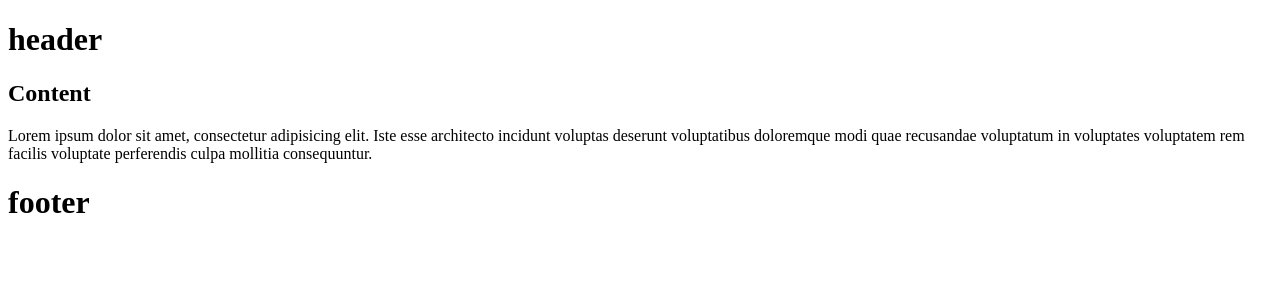
Repository: kianpas/KH_Server
Page: http://localhost/01_helloweb/jsp/include.jsp
An editor plug-in stored every save of this project. The page is shown before and after the next save, followed by the edit.
The browser window is 1280 px wide. The pictures show the whole page.
The page is served by Tomcat 9.

Above is the page before, as saved 2021-03-24 12:28:22.

After the next save:
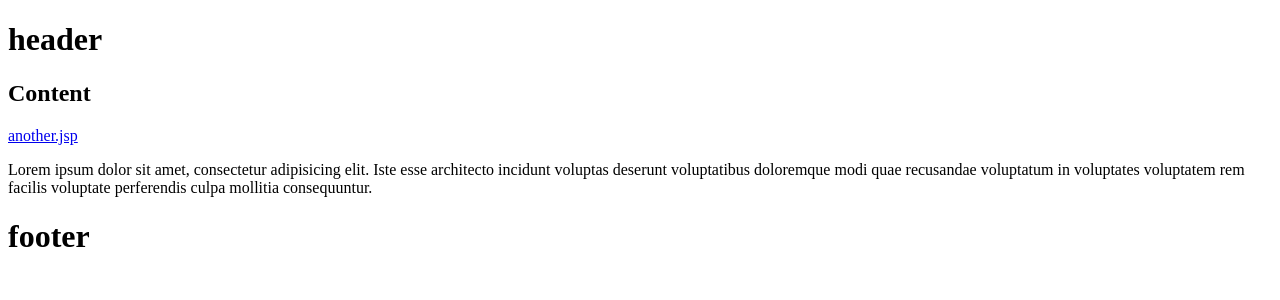
Saved 18 s later.
--- a/01_helloweb/WebContent/jsp/include.jsp
+++ b/01_helloweb/WebContent/jsp/include.jsp
@@ -2,6 +2,7 @@
 	pageEncoding="UTF-8"%>
 	<%@ include file="/jsp/header.jsp" %>
 		<h1>Content</h1>
+		<a href="/web/jsp/another.jsp">another.jsp</a>
 		<p>Lorem ipsum dolor sit amet, consectetur adipisicing elit. Iste
 			esse architecto incidunt voluptas deserunt voluptatibus doloremque
 			modi quae recusandae voluptatum in voluptates voluptatem rem facilis
